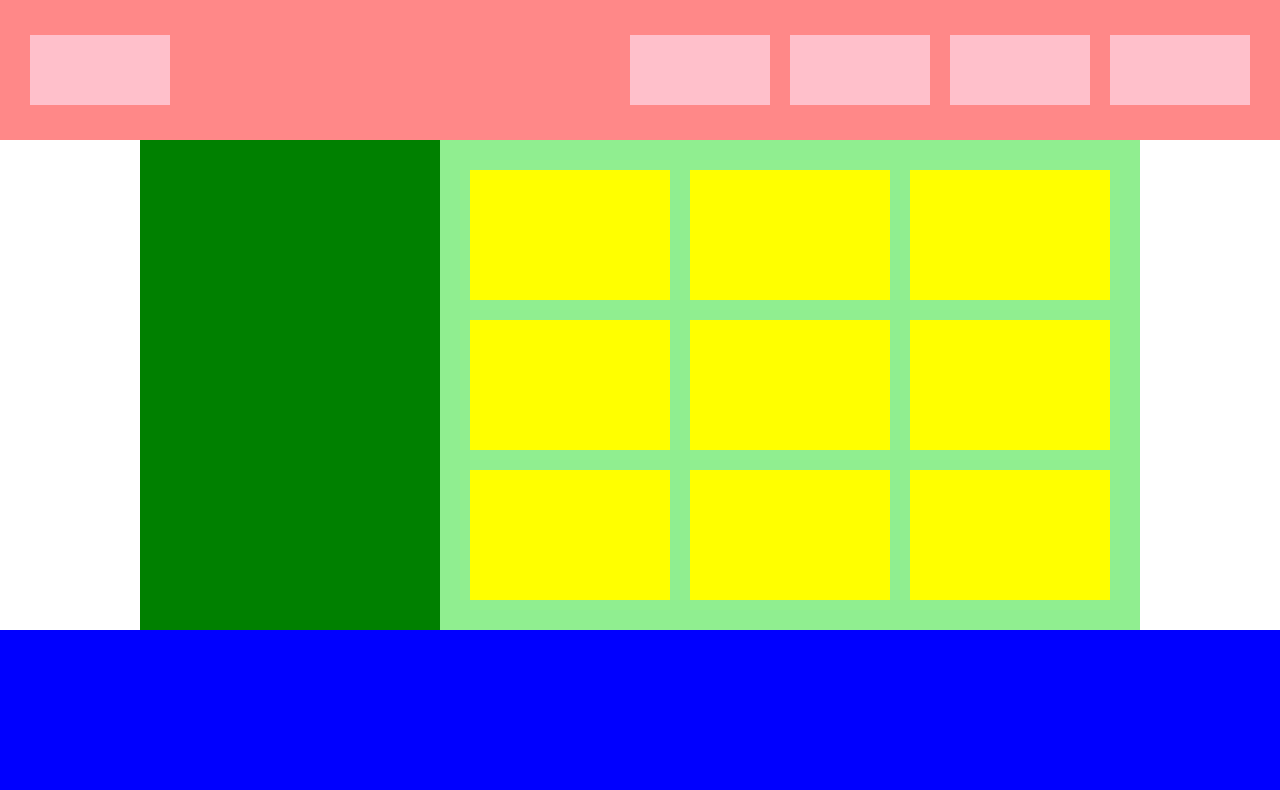
Repository: ryo32sun/Html-Practice
Page: practice/flex-box.html
The author's editor kept a record of every edit. The page is drawn from the files as they stood at one moment, then again after the next edit.
The browser window is 1280 px wide. The pictures show the whole page.

Above is the page before.

After the next edit:
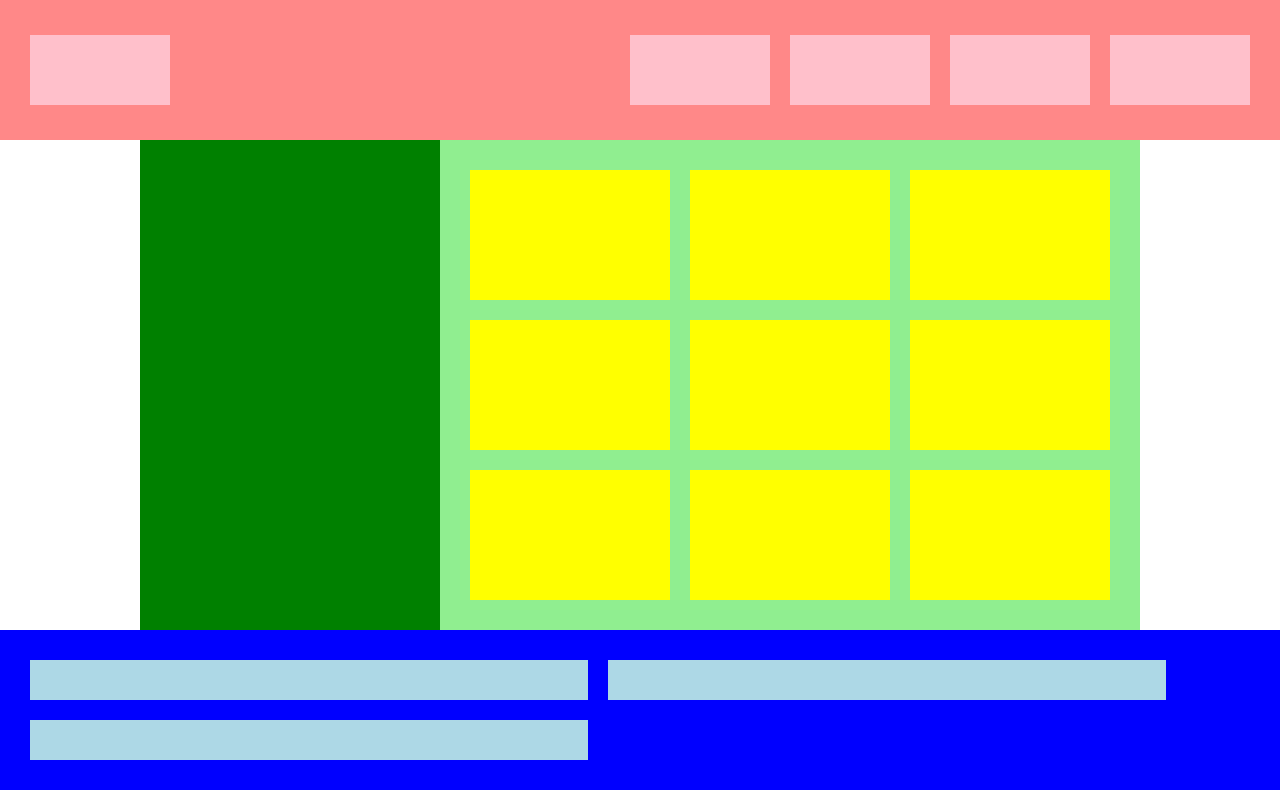
The edit:
--- a/practice/flex-box.css
+++ b/practice/flex-box.css
@@ -63,4 +63,5 @@
   margin: 10px;
   height: 40px;
   flex-basis: 45%;
+  background-color: lightblue;
 }
